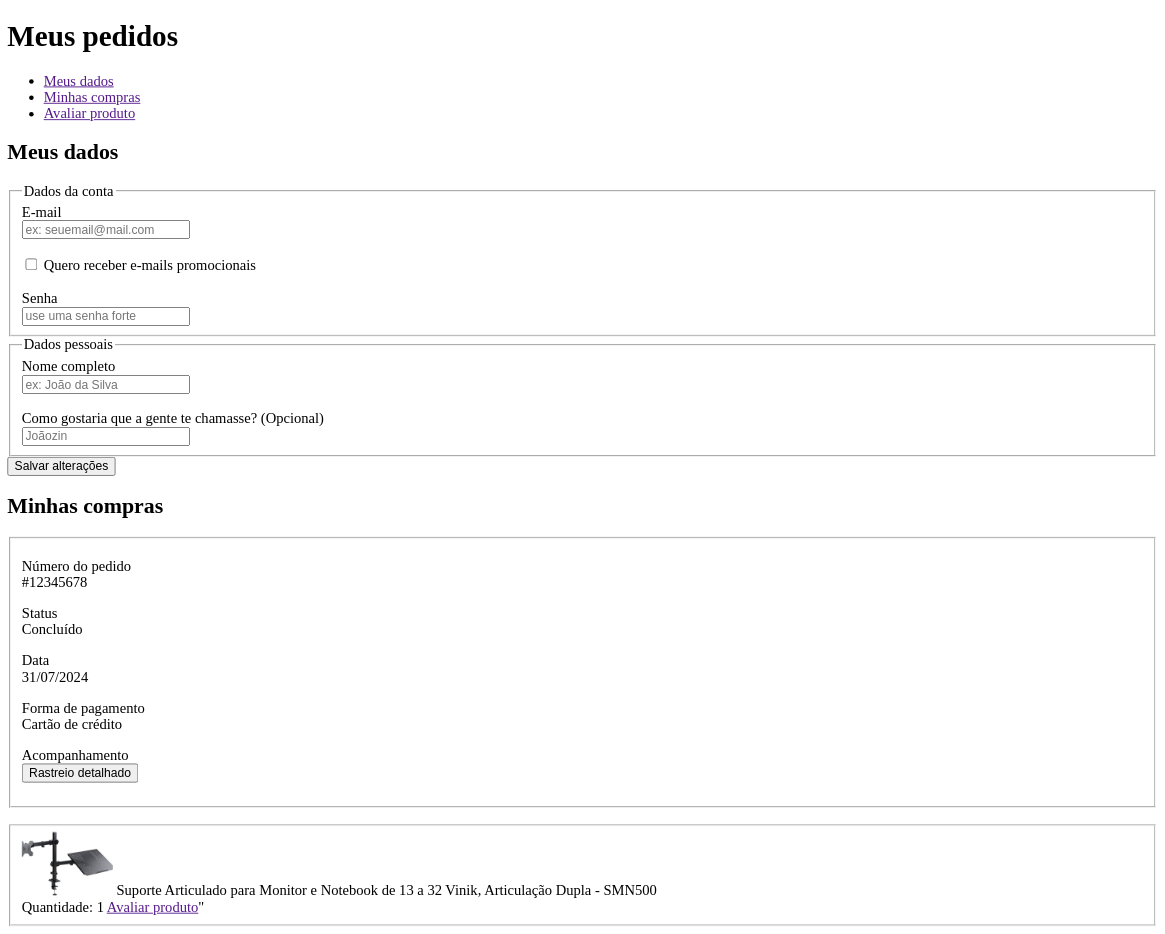
Repository: claudemir-camargo/site-compras
Page: index.html
These files come from the project's save history. The page is drawn as it stood at one moment and after the next save; the edit follows.
The browser window is 1280 px wide. The pictures show the whole page, at 91% of full size.

Above is the page before, as saved 2024-03-03 15:12:57.

After the next save:
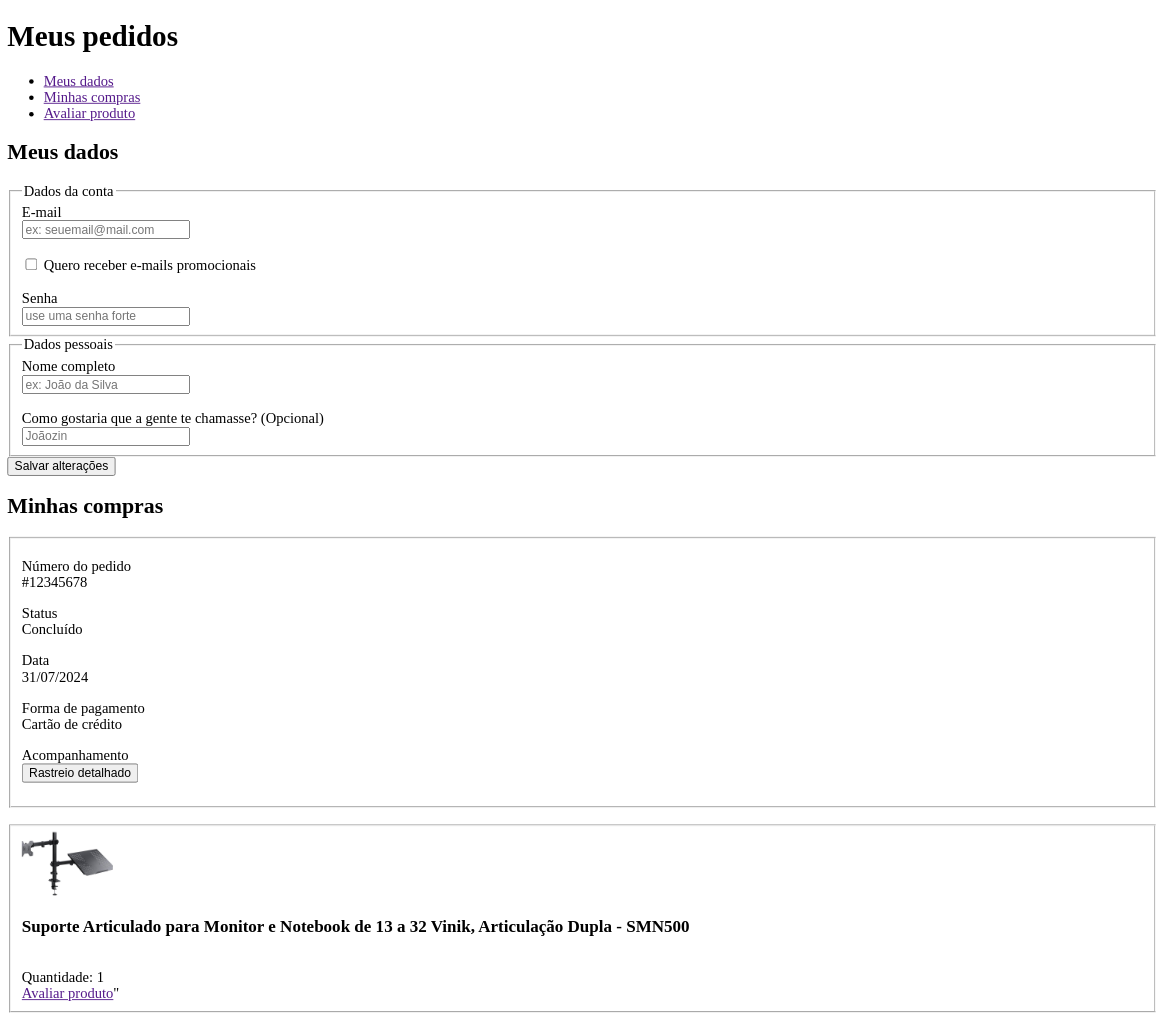
Saved 48 s later.
--- a/index.html
+++ b/index.html
@@ -53,9 +53,9 @@
     <br>
     <fieldset>
         <img src="img/suporte.jpg" alt="Suporte">
-        Suporte Articulado para Monitor e Notebook de 13 a 32 Vinik,
-        Articulação Dupla - SMN500<br>
-        Quantidade: 1
+        <h3><p>Suporte Articulado para Monitor e Notebook de 13 a 32 Vinik,
+            Articulação Dupla - SMN500</p></h3><br>
+        Quantidade: 1<br>
         <a href="">Avaliar produto</a>"
     </fieldset>
 
